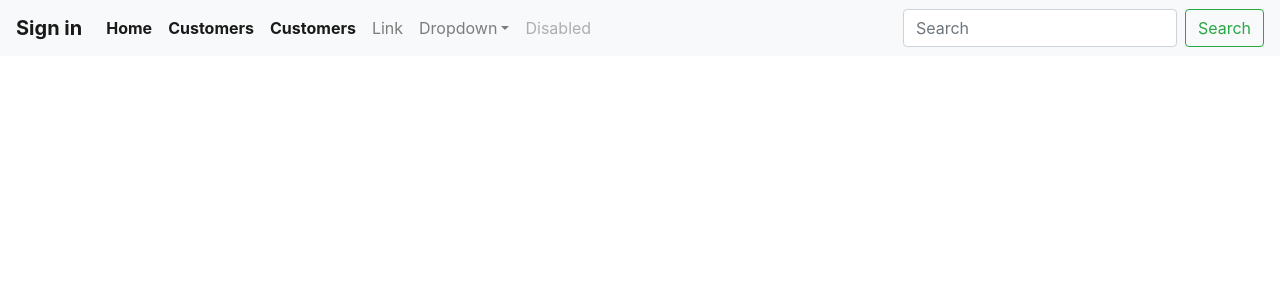
Repository: messimacky/Movie-Rental-System-Front-End
Page: /navbar
The author's editor kept a copy of each file at every save. The page is drawn from the files as they stood at one save, then again after the next save.
The browser window is 1280 px wide. The pictures show the whole page.
The project was rebuilt for these pictures with package versions that can differ from the ones it lists, and the page was loaded fresh each time. Also part of the build but not shown: src/http-common.js, src/services/movie.service.js, src/components/AddMovie.js, src/components/MoviesList.js, src/components/NotFound.js, src/components/login/Login.js, src/services/customer.service.js, src/components/AddCustomer.js and 7 more.

Above is the page before, as saved 2022-04-25 12:45:44.

After the next save:
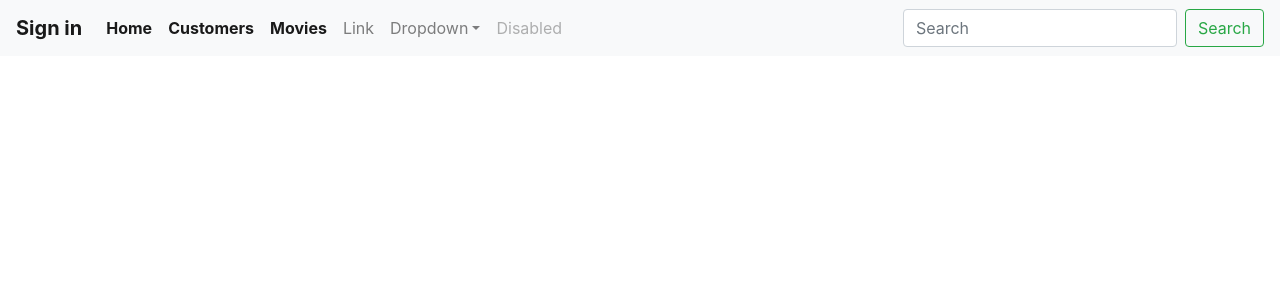
Saved 12 s later.
--- a/src/components/Navbar.js
+++ b/src/components/Navbar.js
@@ -24,7 +24,7 @@
 
                     <ul className="navbar-nav mr-auto">
                         <li className="nav-item active">
-                            <a className="nav-link" href="/movies"> <b>Customers</b> <span class="sr-only">(current)</span></a>
+                            <a className="nav-link" href="/movies"> <b>Movies</b> <span class="sr-only">(current)</span></a>
                         </li>
 
                     </ul>
